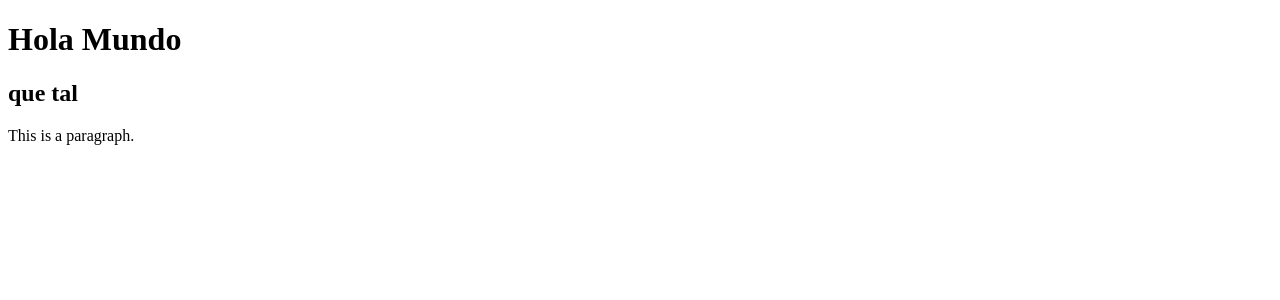
Repository: Devbenitez/Gen_30
Page: Gen_30/Maquetado/Clase1/index.html
An editor plug-in stored every save of this project. The page is shown before and after the next save, followed by the edit.
The browser window is 1280 px wide. The pictures show the whole page.

Above is the page before, as saved 2023-11-07 21:28:57.

After the next save:
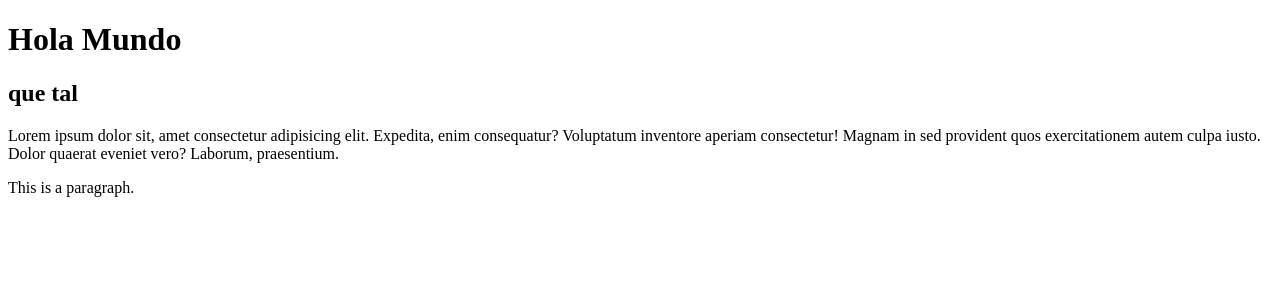
Saved 4 min 49 s later.
--- a/Gen_30/Maquetado/Clase1/index.html
+++ b/Gen_30/Maquetado/Clase1/index.html
@@ -20,6 +20,8 @@
     <!-- etiquetas de texto -->
     <h1>Hola Mundo</h1>
     <h2>que tal</h2>
+
+    <p>Lorem ipsum dolor sit, amet consectetur adipisicing elit. Expedita, enim consequatur? Voluptatum inventore aperiam consectetur! Magnam in sed provident quos exercitationem autem culpa iusto. Dolor quaerat eveniet vero? Laborum, praesentium.</p>
 </main>
 
 <p>This is a paragraph.</p>
